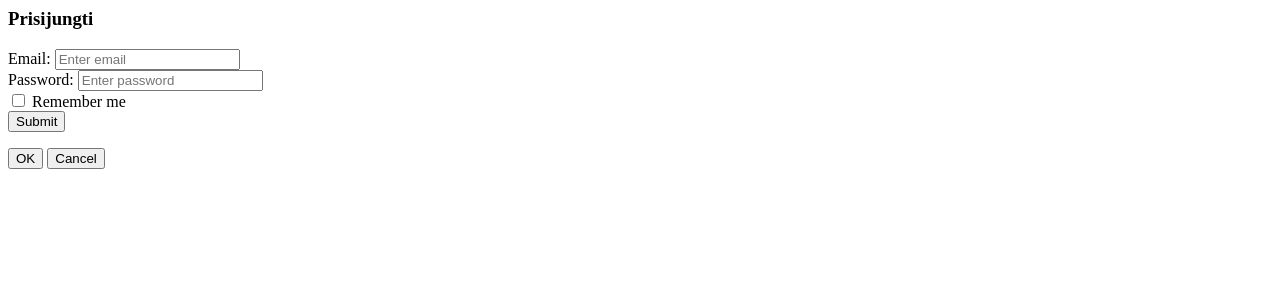
Repository: Skaidrius/Blogas
Page: partials/login.html
The author's editor kept a record of every edit. The page is drawn from the files as they stood at one moment, then again after the next edit.
The browser window is 1280 px wide. The pictures show the whole page.

Above is the page before.

### partials/login.html
<!--login.html-->
<div class="modal-header">
    <h3 class="modal-title">Prisijungti</h3>
    <form class="modal-body" role="form">
        <div class="form-group">
            <label for="email">Email:</label>
            <input type="email" class="form-control" id="email" placeholder="Enter email">
        </div>
        <div class="form-group">
            <label for="pwd">Password:</label>
            <input type="password" class="form-control" id="pwd" placeholder="Enter password">
        </div>
        <div class="checkbox">
            <label><input type="checkbox"> Remember me</label>
        </div>
        <button  class="btn btn-default">Submit</button>
    </form>
    <div class="modal-footer">
        <button class="btn btn-primary" ng-click="ok()">OK</button>
        <button class="btn btn-warning" ng-click="cancel()">Cancel</button>
    </div>
</div>

After the next edit:
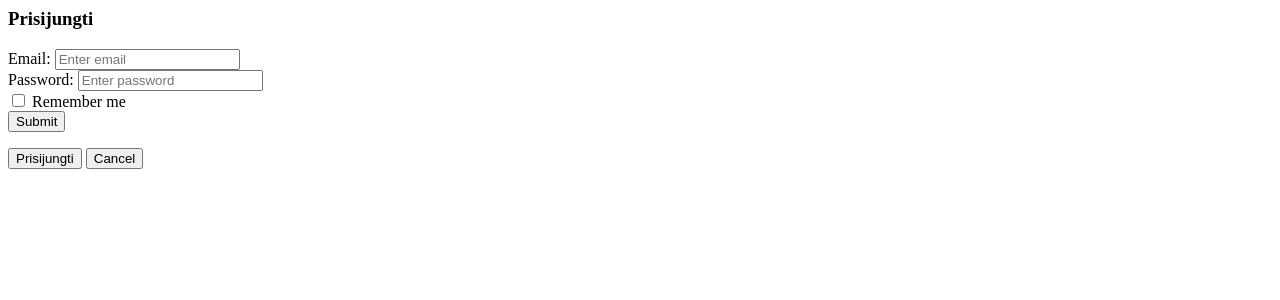
The edit:
--- a/partials/login.html
+++ b/partials/login.html
@@ -16,7 +16,7 @@
         <button  class="btn btn-default">Submit</button>
     </form>
     <div class="modal-footer">
-        <button class="btn btn-primary" ng-click="ok()">OK</button>
+        <button type="submit" class="btn btn-primary" ng-click="ok()">Prisijungti</button>
         <button class="btn btn-warning" ng-click="cancel()">Cancel</button>
     </div>
 </div>
